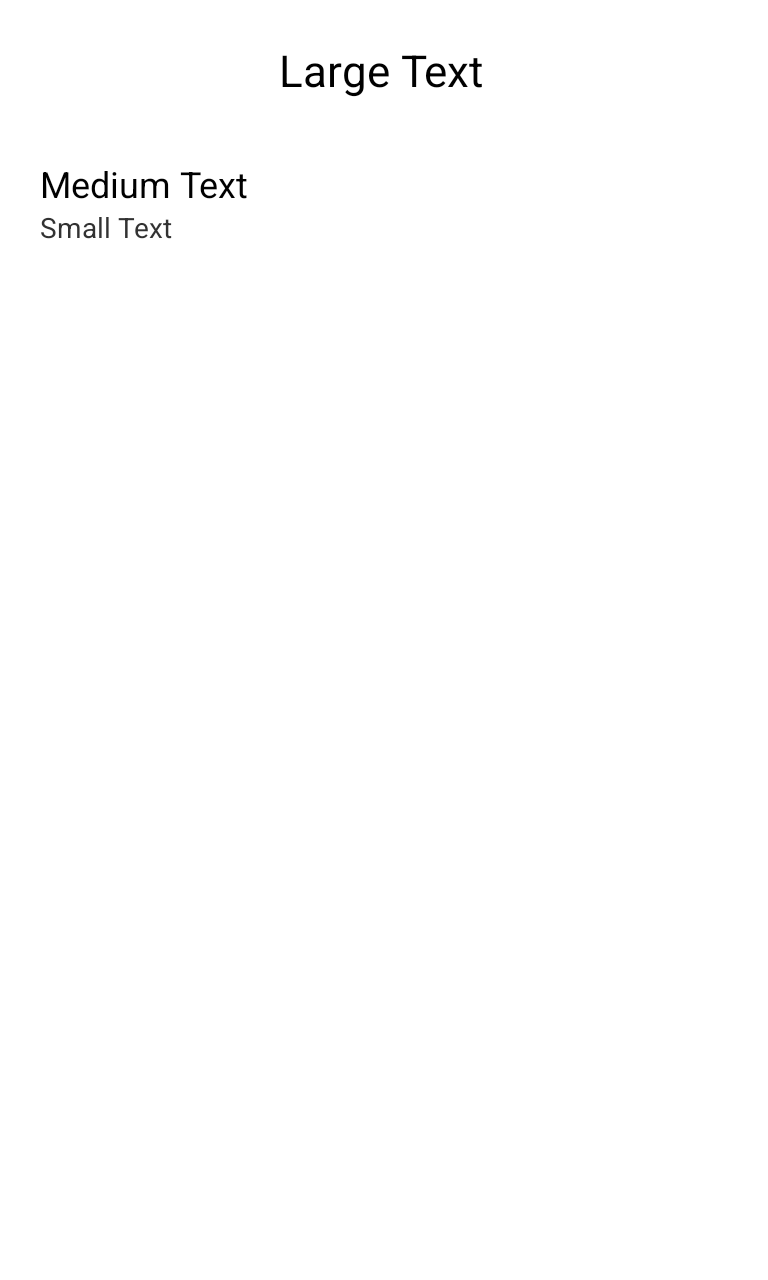
Repository: SimonIsMe/workspace_android
Layout: Lista5/res/layout/activity_people_list.xml
An editor plug-in stored every save of this project. The layout is shown before and after the next save, followed by the edit.
It is drawn on a 768 x 1280 px phone screen (xhdpi) without system bars, with theme AppTheme; the app's code is not run.

Above is the layout before, as saved 2012-12-11 13:07:20.

### Lista5/res/layout/activity_people_list.xml
<RelativeLayout xmlns:android="http://schemas.android.com/apk/res/android"
    xmlns:tools="http://schemas.android.com/tools"
    android:layout_width="fill_parent"
    android:layout_height="fill_parent"
    tools:context=".PeopleList" >

    <TableLayout
        android:layout_width="fill_parent"
        android:layout_height="wrap_content"
        android:layout_alignParentLeft="true"
        android:layout_alignParentTop="true"
        android:layout_marginBottom="20dp"
        android:layout_marginLeft="20dp"
        android:layout_marginRight="20dp"
        android:layout_marginTop="20dp" >

        <TableRow
            android:id="@+id/tableRow1"
            android:layout_width="fill_parent"
            android:layout_height="wrap_content"
            android:layout_gravity="center"
            android:layout_marginBottom="30dp"
            android:gravity="center" >

            <TextView
                android:id="@+id/textView1"
                android:layout_width="fill_parent"
                android:layout_height="wrap_content"
                android:text="Large Text"
                android:textAppearance="?android:attr/textAppearanceLarge" />

        </TableRow>

        <TableRow
            android:id="@+id/tableRow2"
            android:layout_width="wrap_content"
            android:layout_height="wrap_content" >

            <TextView
                android:id="@+id/nameFull0"
                android:layout_width="wrap_content"
                android:layout_height="wrap_content"
                android:text="Medium Text"
                android:textAppearance="?android:attr/textAppearanceMedium" />

        </TableRow>

        <TableRow
            android:id="@+id/tableRow3"
            android:layout_width="wrap_content"
            android:layout_height="wrap_content"
            android:layout_marginBottom="30dp" >

            <TextView
                android:id="@+id/date0"
                android:layout_width="wrap_content"
                android:layout_height="wrap_content"
                android:text="Small Text"
                android:textAppearance="?android:attr/textAppearanceSmall" />

        </TableRow>
    </TableLayout>

</RelativeLayout>

Loaded but not shown: Lista5/res/values/styles.xml (common file)

After the next save:
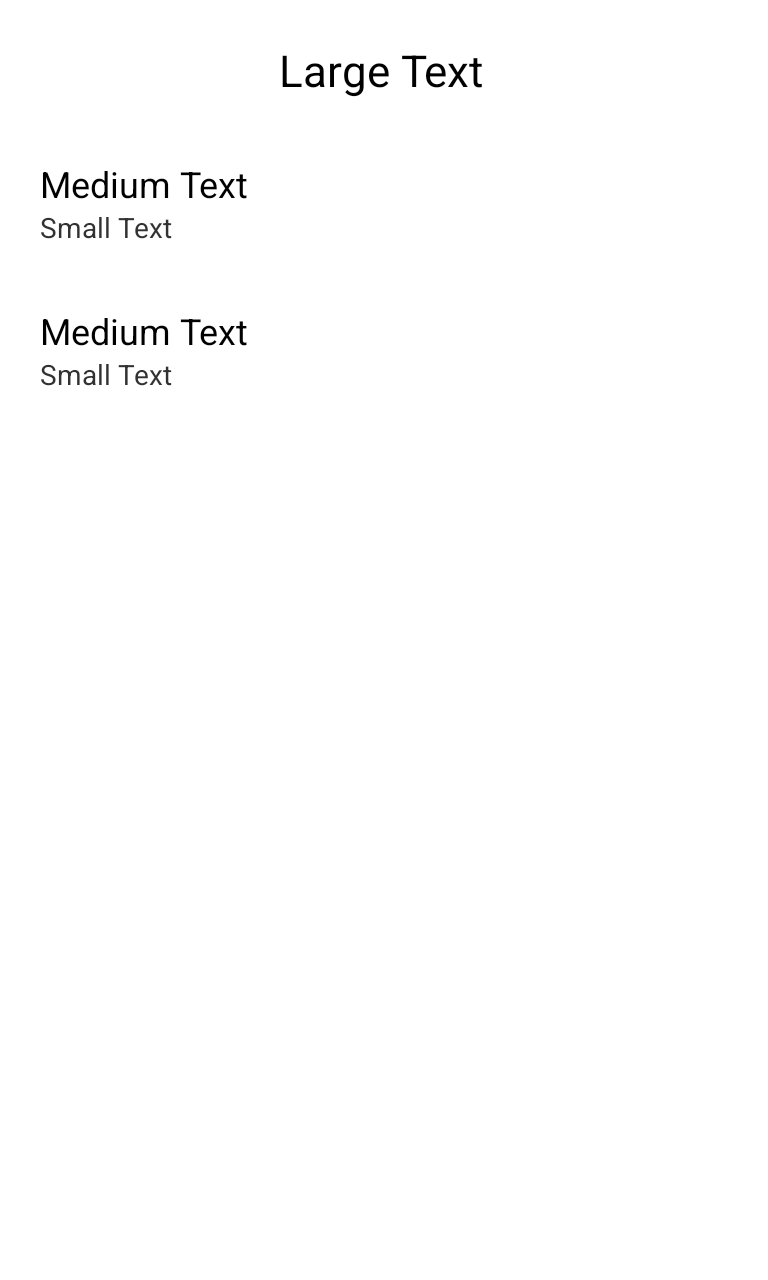
Saved 17 s later.
--- a/Lista5/res/layout/activity_people_list.xml
+++ b/Lista5/res/layout/activity_people_list.xml
@@ -31,7 +31,38 @@
 
         </TableRow>
 
+
+                <TableRow
+            android:id="@+id/tableRow2"
+            android:layout_width="wrap_content"
+            android:layout_height="wrap_content" >
+
+            <TextView
+                android:id="@+id/nameFull0"
+                android:layout_width="wrap_content"
+                android:layout_height="wrap_content"
+                android:text="Medium Text"
+                android:textAppearance="?android:attr/textAppearanceMedium" />
+
+        </TableRow>
+
         <TableRow
+            android:id="@+id/tableRow3"
+            android:layout_width="wrap_content"
+            android:layout_height="wrap_content"
+            android:layout_marginBottom="30dp" >
+
+            <TextView
+                android:id="@+id/date0"
+                android:layout_width="wrap_content"
+                android:layout_height="wrap_content"
+                android:text="Small Text"
+                android:textAppearance="?android:attr/textAppearanceSmall" />
+
+        </TableRow>
+
+
+                <TableRow
             android:id="@+id/tableRow2"
             android:layout_width="wrap_content"
             android:layout_height="wrap_content" >
